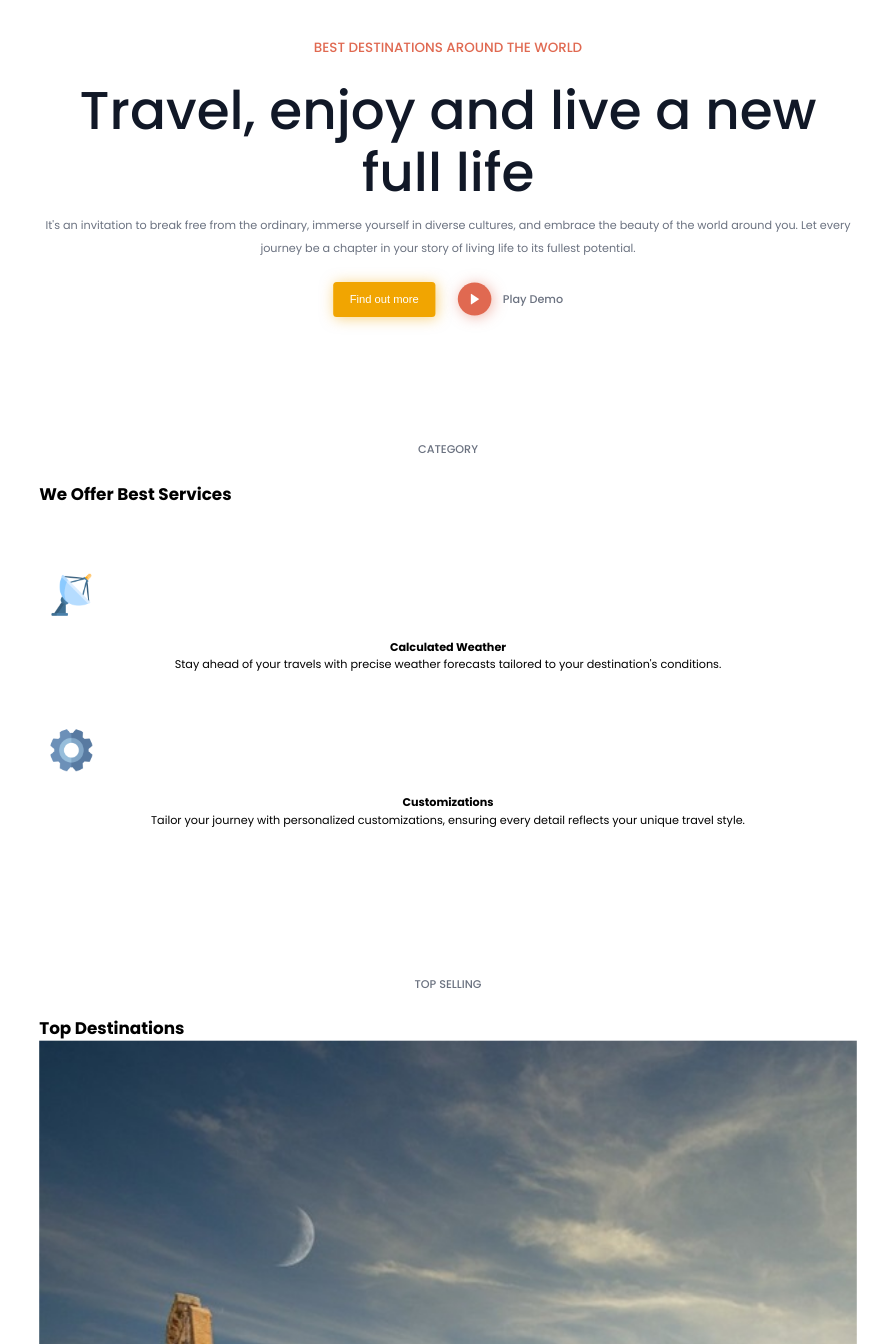
Repository: ntandomagana/travel-website
Page: index.html
The author's editor kept a copy of each file at every save. The page is drawn from the files as they stood at one save, then again after a run of saves.
The browser window is 1280 px wide. The pictures show the part of the page from y = 704 to 2624 px (the page is 9335 px tall), at 70% of full size.

Above is the page before, as saved 2024-05-07 13:20:25.

After the next 2 saves:
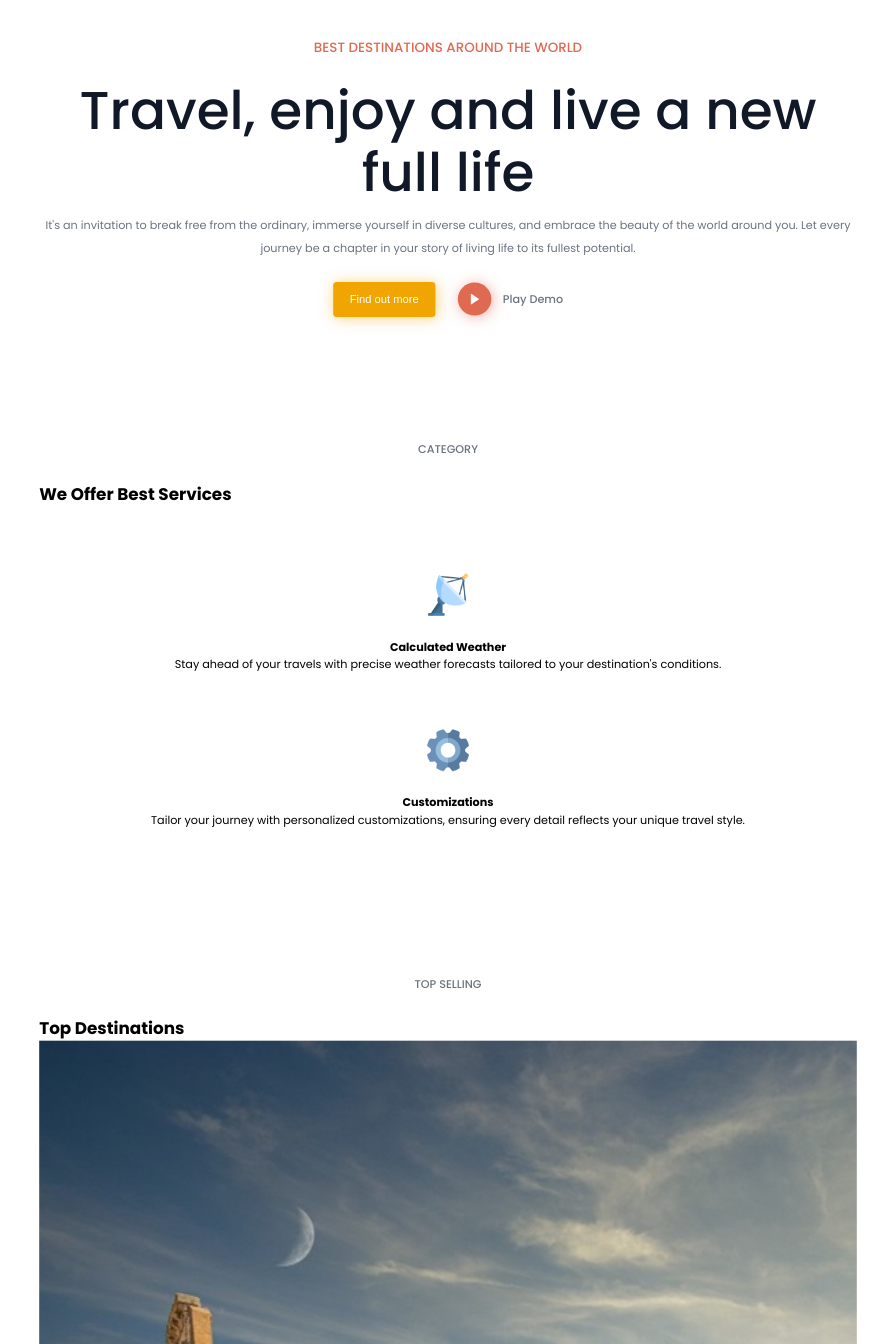
The 2 saves are shown as one change because they came seconds apart.
The last was saved 8 s later.
--- a/style.css
+++ b/style.css
@@ -220,5 +220,5 @@ ul {
 .service-card  img {
     margin-bottom: 2rem;
     max-width: 60px;
-    margin
-}
+    margin-inline: auto;
+}
